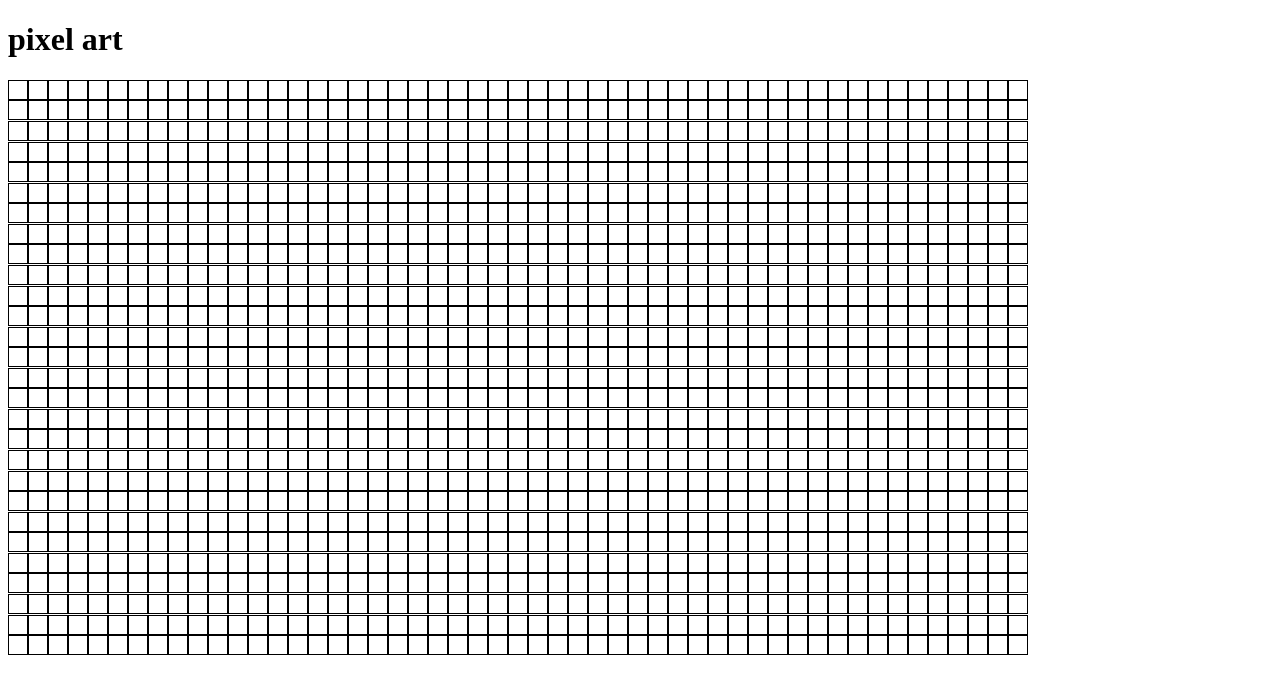
Repository: bechara611/pixelartdb
Page: /
An editor plug-in stored every save of this project. The page is shown before and after the next save, followed by the edit.
The browser window is 1280 px wide. The pictures show the whole page.
The project was rebuilt for these pictures with package versions that can differ from the ones it lists, and the page was loaded fresh each time. Also part of the build but not shown: vite.config.js.

Above is the page before, as saved 2023-03-05 20:40:55.

### src/main.jsx
import React from 'react'
import ReactDOM from 'react-dom/client'
import App from './App'


ReactDOM.createRoot(document.getElementById('root')).render(

    <App />

)

### src/App.jsx

import { useEffect, useState } from 'react'
import './App.css'
import { Pixel } from './Pixel'

const App=()=> {
  const [tamano, settamano] = useState({
    t:10,
    h:1,
    w:1
  })
const  [pixels, setPixels] = useState([])

useEffect(() => {
  let contenedor = document.getElementById('contenedor')
let divsAloAlto = Math.floor(contenedor.offsetHeight/20)
let divsAlOancho = Math.floor(contenedor.offsetWidth/20);
//para saber cuantos divs necesita un contenedor multiplica el numero de divs a lo alto * el numero de divds a lo ancho
setPixels(Array.from({length:divsAloAlto*divsAlOancho}))
}, [])

const funcionArray=(index)=>{
  let nuevoArray = [...pixels]
  console.log(index)
 console.log(!nuevoArray[index])
}

  return (
    <>
      <h1>pixel art</h1>
    <div className="contenedor-mayor">
      <div className="contenedor" id='contenedor'>
      {
        pixels.map((a,index)=>{
          return <Pixel key={index}
                  funcion={()=>funcionArray(index)}
          ></Pixel>
        })
      }

      </div>
      </div>
    </>
  )
}

export default App

### src/App.css
.contenedor-mayor{
  display: flex;
}

.pixel {
  width: 20px;
  height: 20px;
  border: 1px solid black;

  box-sizing: border-box;

}

.active {
  background: green;
}

.contenedor {

  display: flex;
  flex-direction: row;
  flex-wrap: wrap;
  width: 80vw;
  height: 80vh;
  max-width: 80vw;
  max-height: 80vh;



}

### src/Pixel.jsx
import React, { useState } from 'react'
import './App.css'
import {selectableGroup, createSelectable} from 'react-selectable-fast'
export const Pixel = (props) => {
    const [isActive, setisActive] = useState(false)
  return (

 <div className={`pixel ${props.active ? 'active' : ''}`} style={{ background:props.active ? props.color : ''}}
 onClick={()=>{
    setisActive(!isActive)
    props.funcion();
}}
onMouseDown={()=>{props.onMouseDown()}}
onMouseUp={()=>{props.onMouseUp()}}
onTouchEnd={()=>{props.onMouseUp()}}
onMouseOver={()=>{props.onMouseOver()}}
onTouchStart={()=>{{
    props.onMouseDown()
    props.onMouseOver()}}}
 >

 </div>
  )
}

Loaded but not shown: index.html (common file)

After the next save:
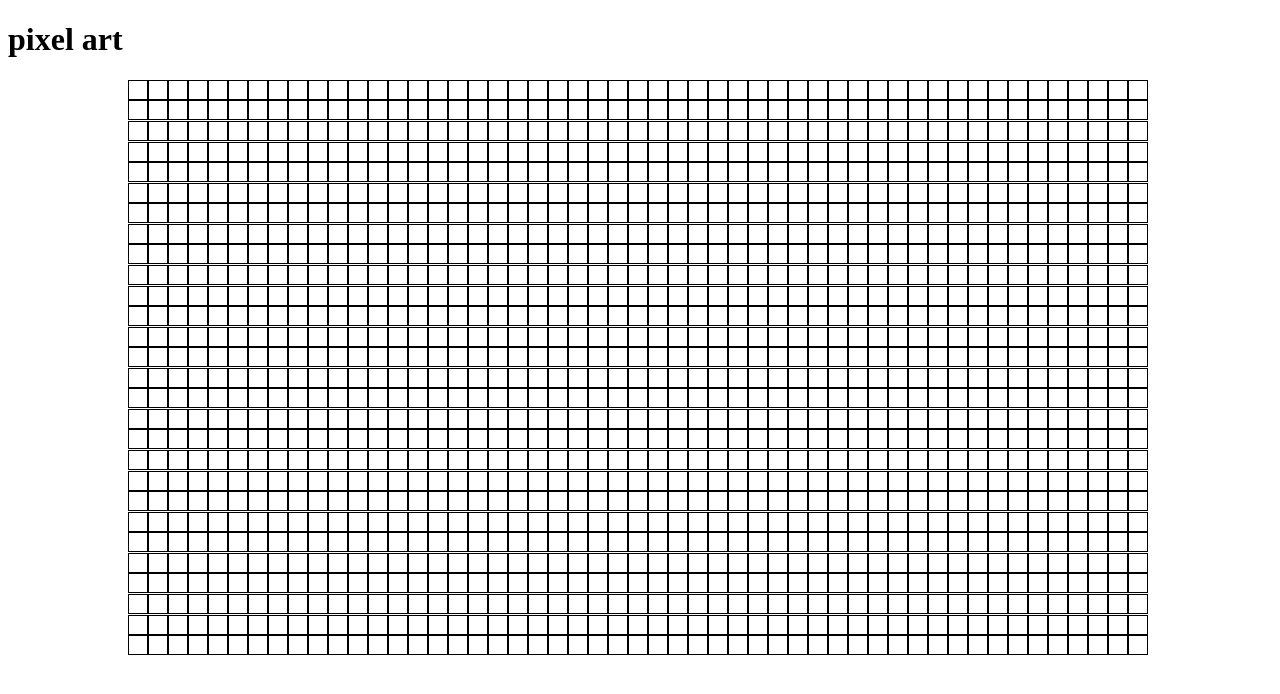
Saved 16 s later.
--- a/src/App.css
+++ b/src/App.css
@@ -1,5 +1,9 @@
 .contenedor-mayor{
   display: flex;
+  flex-direction: row;
+  justify-content: center;
+  justify-self: center;
+  align-items: center;
 }
 
 .pixel {
